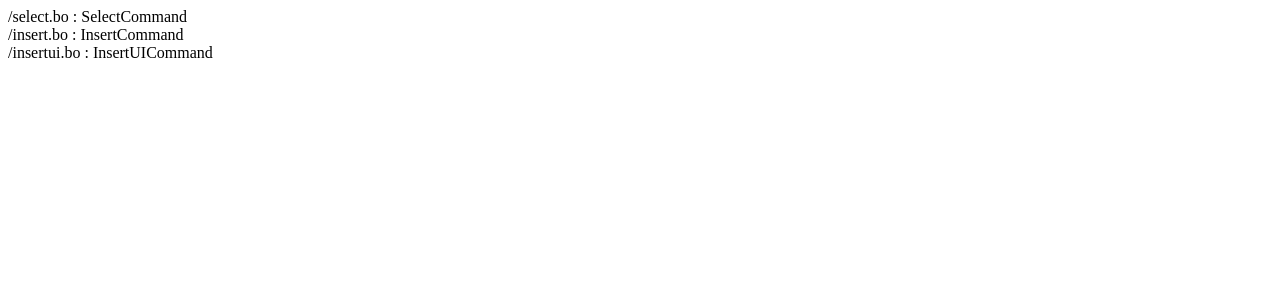
Repository: sanghshlsh/workspace_jsp
Page: http://localhost/Test060301/NewFile2.jsp
The author's editor kept a copy of each file at every save. The page is drawn from the files as they stood at one save, then again after the next save.
The browser window is 1280 px wide. The pictures show the whole page.
The page is served by Tomcat 9. Other server files are loaded and not shown.

Above is the page before, as saved 2020-06-03 01:28:08.

### Test060301/WebContent/NewFile2.jsp
<%@page import="java.util.HashMap"%>
<%@page import="java.util.Map"%>
<%@ page language="java" contentType="text/html; charset=UTF-8"
    pageEncoding="UTF-8"%>
<%@ taglib uri="http://java.sun.com/jsp/jstl/core" prefix="c"%>
<%@ taglib uri="http://java.sun.com/jsp/jstl/fmt" prefix="fmt" %>
<%@ taglib uri="http://java.sun.com/jsp/jstl/functions" prefix="fn" %>

<!DOCTYPE html>
<html>
<head>
<meta charset="UTF-8">
<title>Insert title here</title>
</head>
<body>
	<%-- FrontController 상황
		jsp+servlet+java로 작성한 mms의 frontcontroller 또한 이 동적객체생성/ map 이용 을 통하면 간결해진다
	--%>
	<%
		Map<String, String> map = new HashMap<String, String>();
		map.put("/select.bo", "SelectCommand");
		map.put("/insertui.bo", "InsertUICommand");
		map.put("/insert.bo", "InsertCommand");

		request.setAttribute("map", map);
	%>
	<%-- map의 el문은 기억해두자 --%>
	<c:forEach items="${map }" var="dto">
	${dto.key } : ${dto.value }<br>

	</c:forEach>

</body>
</html>

After the next save:
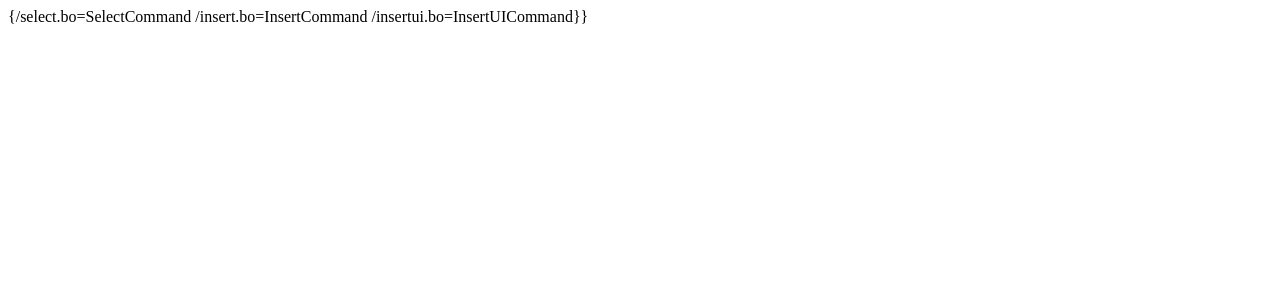
Saved 9 min 8 s later.
--- a/Test060301/WebContent/NewFile2.jsp
+++ b/Test060301/WebContent/NewFile2.jsp
@@ -24,9 +24,11 @@
 
 		request.setAttribute("map", map);
 	%>
-	<%-- map의 el문은 기억해두자 --%>
-	<c:forEach items="${map }" var="dto">
-	${dto.key } : ${dto.value }<br>
+	<%-- map의 el문은 기억해두	${dto.key } : ${dto.value }<br>자
+
+	--%>
+	<c:forEach items="${map }}" var="dto">
+${dto }
 
 	</c:forEach>
 
